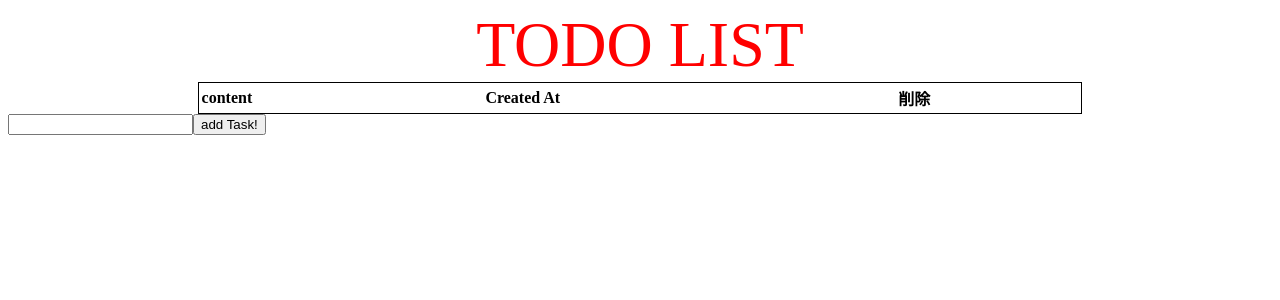
Repository: WistreHosshii/hacathon_todolList
Page: /
These files come from the project's save history. The page is drawn as it stood at one moment and after the next save; the edit follows.
The browser window is 1280 px wide. The pictures show the whole page.
The page's requests for data from a server got no answer. The project was rebuilt for these pictures with package versions that can differ from the ones it lists, and the page was loaded fresh each time. No one was signed in, and anything a server would have sent is missing.

Above is the page before, as saved 2019-06-11 00:19:53.

### index.html
<!DOCTYPE html>
<html lang="ja">

<head>
    <meta charset="UTF-8">
    <meta name="viewport" content="width=device-width, initial-scale=1.0">
    <meta http-equiv="X-UA-Compatible" content="ie=edge">
    <title>Document</title>
    <!-- <link rel="stylesheet" href="./index.css"> -->
</head>

<body>
    <div id="root"></div>
    <script src="./index.tsx"></script>
</body>

</html>

### App.tsx
import React, { Component } from 'react';
import { get, post, deleteTask } from './axios';
import styled from 'styled-components';

const CustomizedText = styled.div`
  font-size: 4rem;
  color: red;
  text-align: center;
`;
const Body = styled.div`
  width: 100%;
  font-size: 1rem;
`;
const JobTable = styled.table`
  text-align: left;
  margin: 0 auto;
  width: 70%;
  border: solid 1px black;
`;
const Button = styled.div`
  display: table-cell;
  position: absolute;
`;
const TableWrapper = styled.div`
  position: relative;
`;
interface Props {}
interface State {
  todos: Todo[];
  value: string;
}

export default class App extends Component<Props, State> {
  constructor(props: any) {
    super(props);
    this.state = {
      todos: [],
      value: '',
    };
    this.handleChange = this.handleChange.bind(this);
  }

  componentDidMount() {
    get().then(response => {
      const todos: Todo[] = response.data.todos;
      this.setState({ todos });
    });
  }
  addTaskHandler() {
    if (this.state.value !== '') {
      post(this.state.value).then(response => {
        const todo: Todo = response.data;
        this.setState(state => ({ todos: [...state.todos, todo] }));
        this.setState({ value: '' });
      });
    }
  }
  deleteTaskHandler(id: string) {
    deleteTask(id).then(response => {
      const todos = this.state.todos.filter(v => v.id !== id);
      this.setState({ todos });
    });
  }
  handleChange(event: any) {
    this.setState({ value: event.target.value });
  }

  render() {
    return (
      <Body>
        <div className="todoList">
          <CustomizedText>TODO LIST</CustomizedText>
          <TableWrapper>
            <JobTable>
              <tbody>
                <tr>
                  <th>content</th>
                  <th>Created At</th>
                  <th>削除</th>
                </tr>

                {this.state.todos.reverse().map((todo, i) => {
                  return (
                    <tr key={i}>
                      <td>{todo.content}</td>
                      <td>{new Date(todo.createdAt).toLocaleString()}</td>
                      <td>
                        <button
                          onClick={() => {
                            this.deleteTaskHandler(todo.id);
                          }}
                        >
                          削除!
                        </button>
                      </td>
                    </tr>
                  );
                })}
              </tbody>
            </JobTable>
            <Button className="computeTaskWrapper">
              <input type="text" value={this.state.value} onChange={this.handleChange} />
              <button
                className="btn"
                onClick={() => {
                  this.addTaskHandler();
                }}
              >
                add Task!
              </button>
            </Button>
          </TableWrapper>
        </div>
      </Body>
    );
  }
}

### axios.tsx
import axios from 'axios';
import App from './App';

const url = 'http://hackathon-test-server.jichoup.trap.show/';
export const get = () => {
  return axios.get(url);
};
export const post = (value: string) => {
  const content: TodoList.Post.Request = { content: value };
  return axios.post(url, content);
};
export const deleteTask = (_id: string) => {
  const id: TodoList.Delete.Request = { id: _id };
  return axios.delete(url, { data: id });
};

Loaded but not shown: index.tsx (common file)

After the next save:
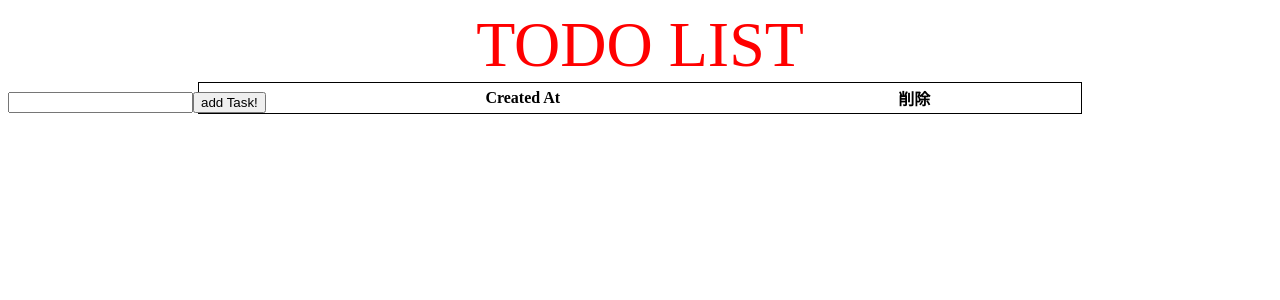
Saved 10 s later.
--- a/App.tsx
+++ b/App.tsx
@@ -20,6 +20,7 @@ const JobTable = styled.table`
 const Button = styled.div`
   display: table-cell;
   position: absolute;
+  top: 10px;
 `;
 const TableWrapper = styled.div`
   position: relative;
